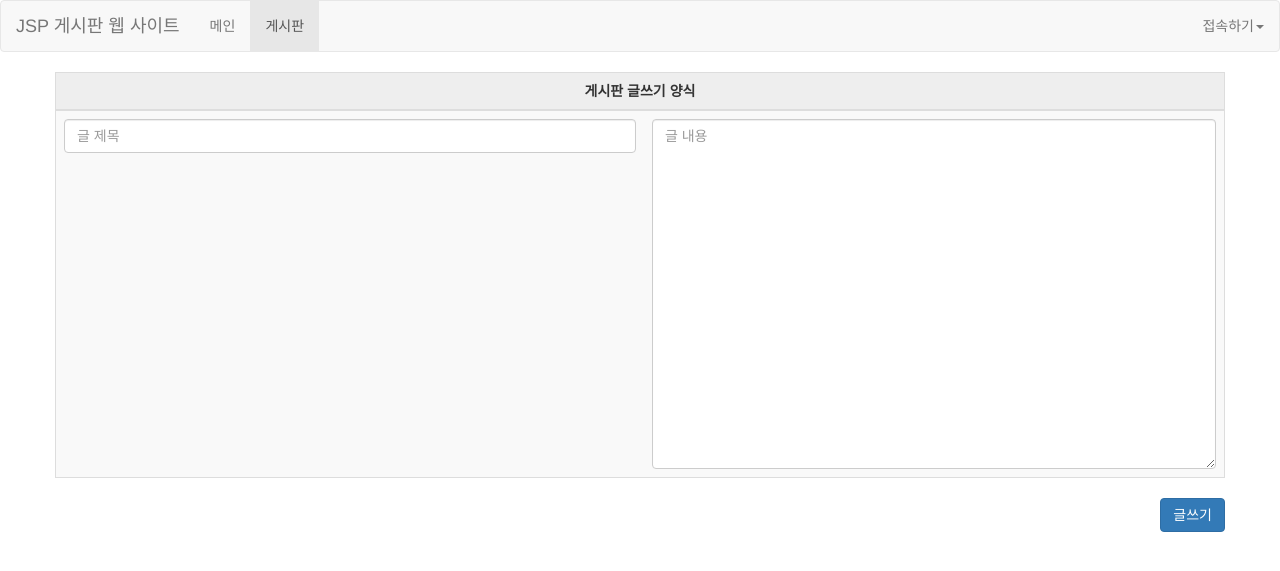
Repository: hanseu9839/BbsJSP
Page: http://localhost/BBS/view.jsp
These files come from the project's save history. The page is drawn as it stood at one moment and after the next save; the edit follows.
The browser window is 1280 px wide. The pictures show the whole page.
The page is served by Tomcat 9.

Above is the page before, as saved 2021-05-03 00:17:47.

After the next save:
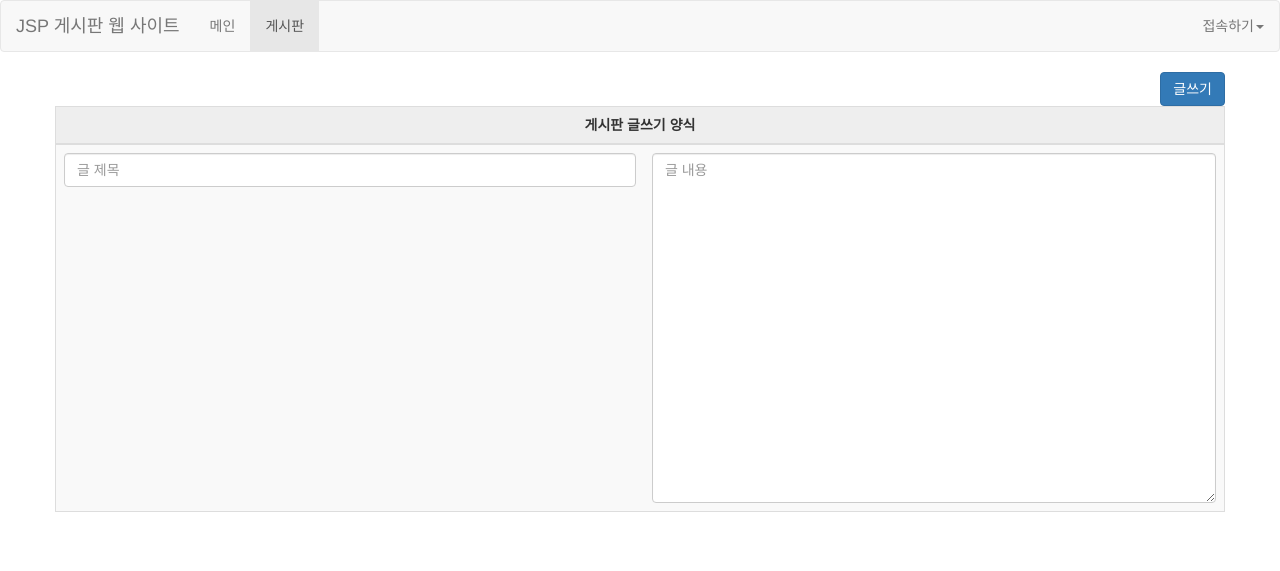
Saved 4 min 22 s later.
--- a/BBS/src/main/webapp/view.jsp
+++ b/BBS/src/main/webapp/view.jsp
@@ -77,12 +77,11 @@
    				<tbody>
    					<tr>
    						<td><input type="text" class="form-control" placeholder="글 제목" name="bbsTitle" maxlength="50"></td>
-  						<td><textarea type="text" class="form-control" placeholder="글 내용" name="bbsContent" maxlength="2048" style="height:350px"></textarea></td>
-
+  						<td><textarea type="text" class="form-control" placeholder="글 내용" name="bbsContent" maxlength="2048" style="height: 350px;"></textarea></td>
   					</tr>
    				</tbody>
+   				<input type="submit" class="btn btn-primary pull-right" value="글쓰기">
    			</table>
-   			<a href="write.jsp" class="btn btn-primary pull-right">글쓰기</a>
    		</div>
 
    </div>

After the 2 saves that followed:
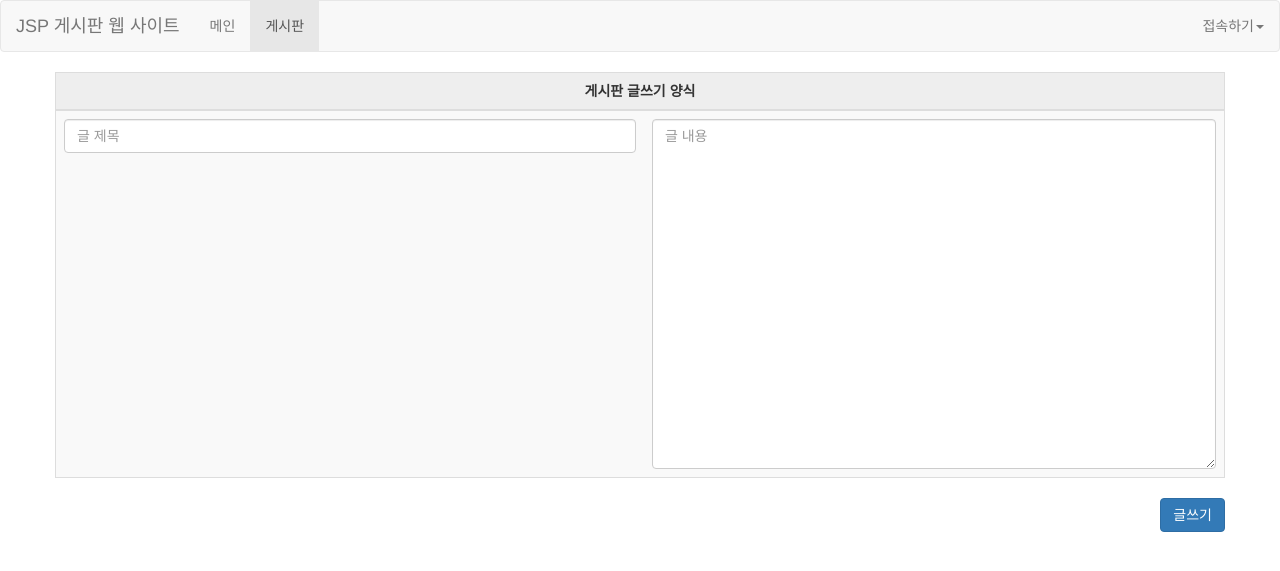
The 2 saves are shown as one change because 1 left the picture as it was.
The last was saved 2 min 54 s later.
--- a/BBS/src/main/webapp/view.jsp
+++ b/BBS/src/main/webapp/view.jsp
@@ -68,22 +68,23 @@
    <!-- 게시판은 글이 써진 순서대로 쓰여지는 하나의 테이블 형식을 가지고 있다. -->
    <div class = "container">
    		<div class="row">
+   		<form method="post" action="writeAction.jsp">
    			<table class = "table table-striped" style =" text-align: center; border: 1px solid #dddddd">
-   				<thead>
-   					<tr>
-   						<th colspan="2" style="background-color: #eeeeee; text-align: center;">게시판 글쓰기 양식</th>
-   					</tr>
-   				</thead>
-   				<tbody>
-   					<tr>
-   						<td><input type="text" class="form-control" placeholder="글 제목" name="bbsTitle" maxlength="50"></td>
-  						<td><textarea type="text" class="form-control" placeholder="글 내용" name="bbsContent" maxlength="2048" style="height: 350px;"></textarea></td>
-  					</tr>
-   				</tbody>
-   				<input type="submit" class="btn btn-primary pull-right" value="글쓰기">
+   					<thead>
+   						<tr>
+   							<th colspan="2" style="background-color: #eeeeee; text-align: center;">게시판 글쓰기 양식</th>
+   						</tr>
+   					</thead>
+   					<tbody>
+   						<tr>
+   							<td><input type="text" class="form-control" placeholder="글 제목" name="bbsTitle" maxlength="50"></td>
+  							<td><textarea class="form-control" placeholder="글 내용" name="bbsContent" maxlength="2048" style="height: 350px;"></textarea></td>
+  						</tr>
+   					</tbody>
    			</table>
+   					<input type="submit" class="btn btn-primary pull-right" value="글쓰기">
+   		</form>
    		</div>
-
    </div>
 
    <script src="https://ajax.googleapis.com/ajax/libs/jquery/1.12.4/jquery.min.js"></script>
